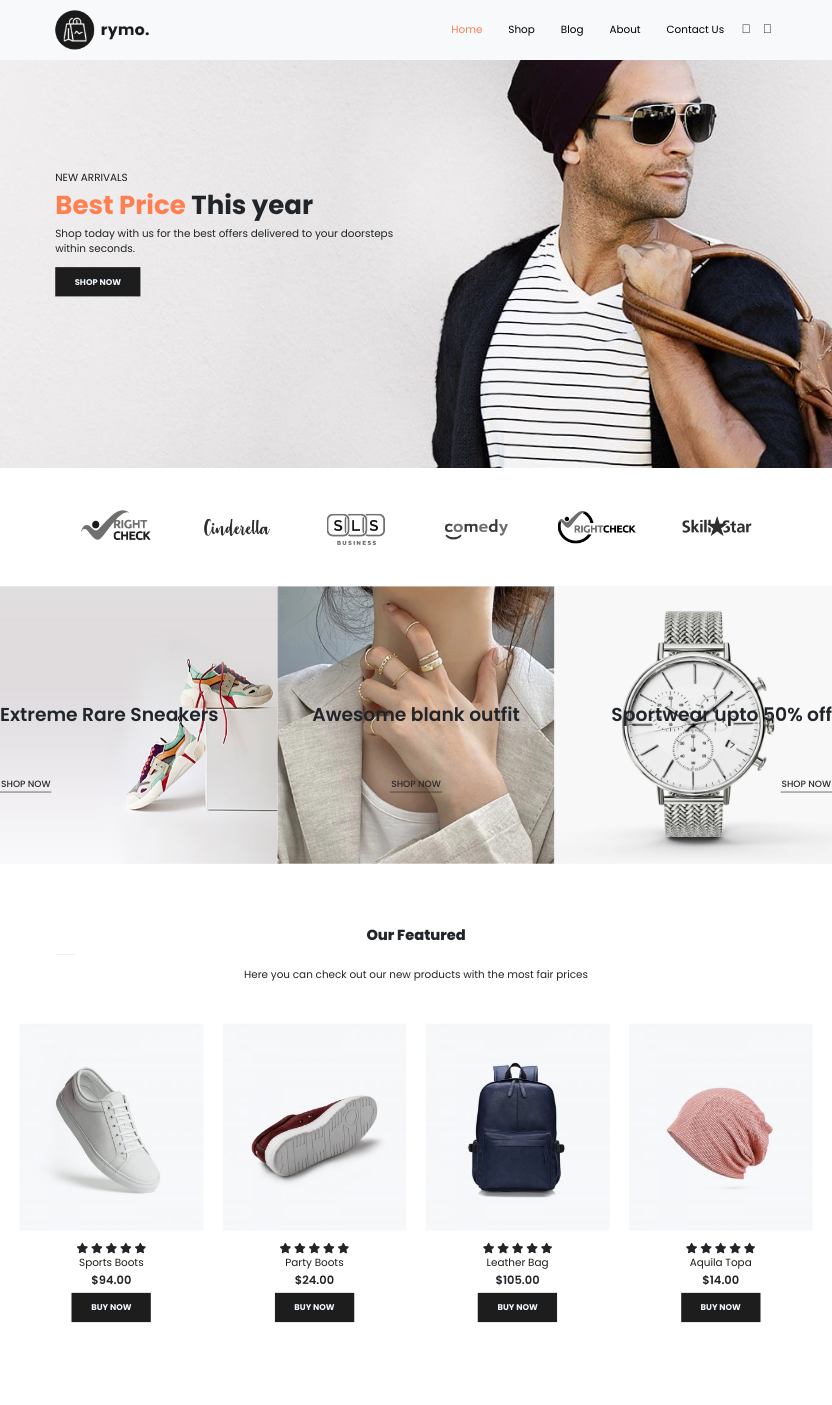
Repository: peter417waweru/e-commerce-UI
Page: index.html
An editor plug-in stored every save of this project. The page is shown before and after the next save, followed by the edit.
The browser window is 1280 px wide. The pictures show the whole page, at 65% of full size.
Some web libraries are served in a nearby version.

Above is the page before, as saved 2025-02-07 23:10:54.

After the next save:
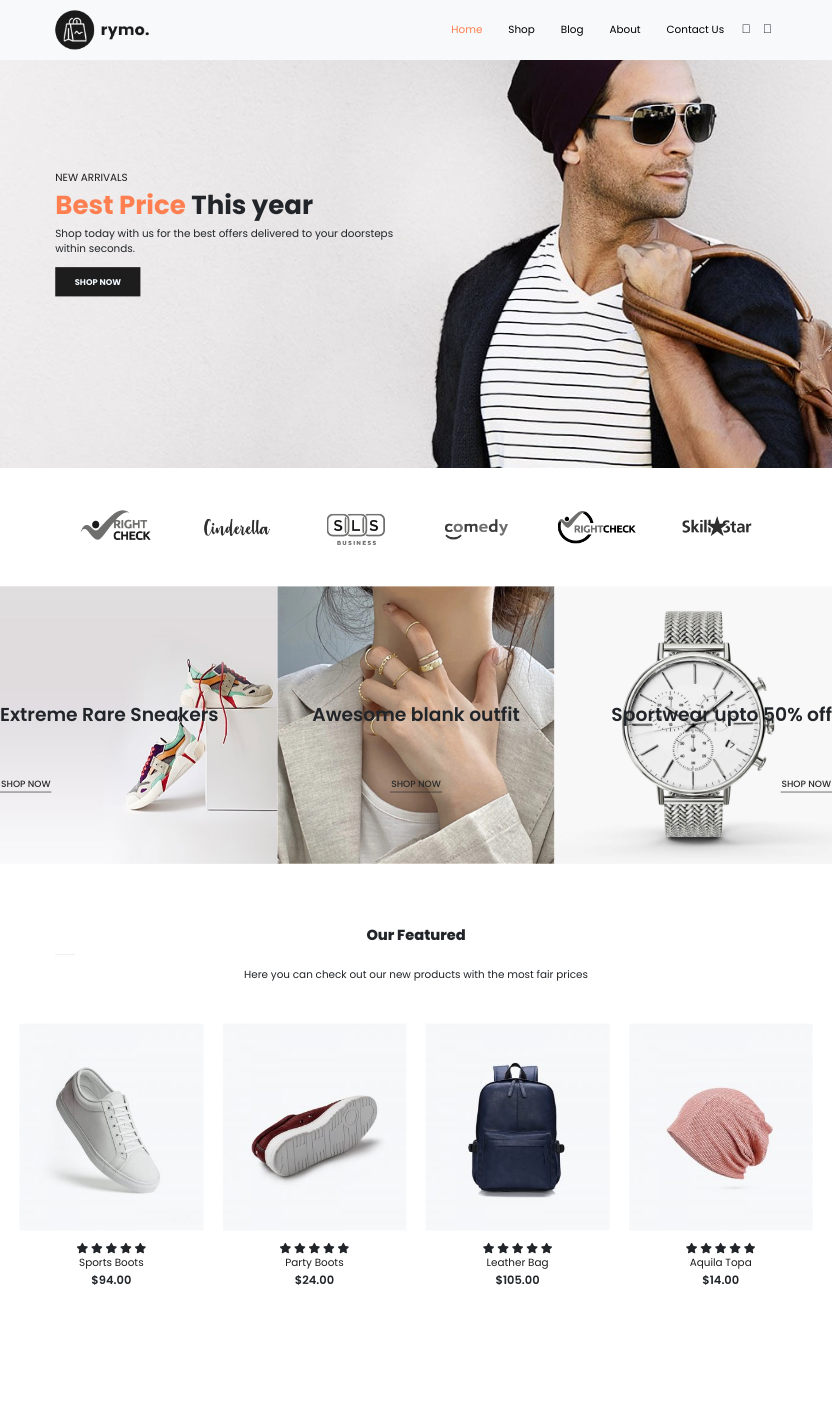
Saved 2 min 29 s later.
--- a/style.css
+++ b/style.css
@@ -237,3 +237,9 @@ hr {
 .product img:hover{
   opacity: 0.7;
 }
+
+.product .buy-btn{
+  background: #fb774b;
+  transform: translateY(20px);
+  opacity: 0;
+}
